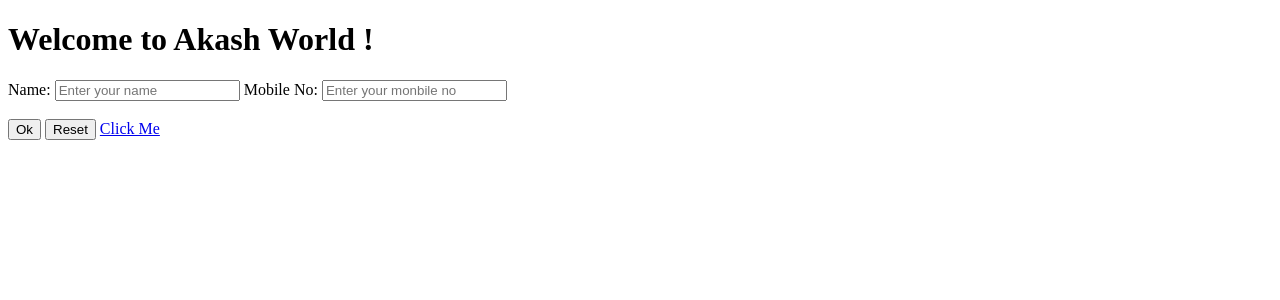
Repository: akki1071993/JavaServlet
Page: MyFirstServletApp/src/main/webapp/index.html
An editor plug-in stored every save of this project. The page is shown before and after the next save, followed by the edit.
The browser window is 1280 px wide. The pictures show the whole page.

Above is the page before, as saved 2022-06-14 08:24:13.

### MyFirstServletApp/src/main/webapp/index.html
<!DOCTYPE html>
<html>
<head>
<meta charset="ISO-8859-1">
<title>Welcome to Akash World</title>
</head>
<body>
<h1>Welcome to Akash World !</h1>

<label>Name: </label>
<input type="text" name="fname"  placeholder="Enter your name" />

<label>Mobile No: </label>
<input type="text" name="fname"  placeholder="Enter your monbile no" />
<br></br>
<button type="submit">Ok</button>
<button type="reset">Reset</button>

<a href="goGoa">Click Me</a>

</body>
</html>

After the next save:
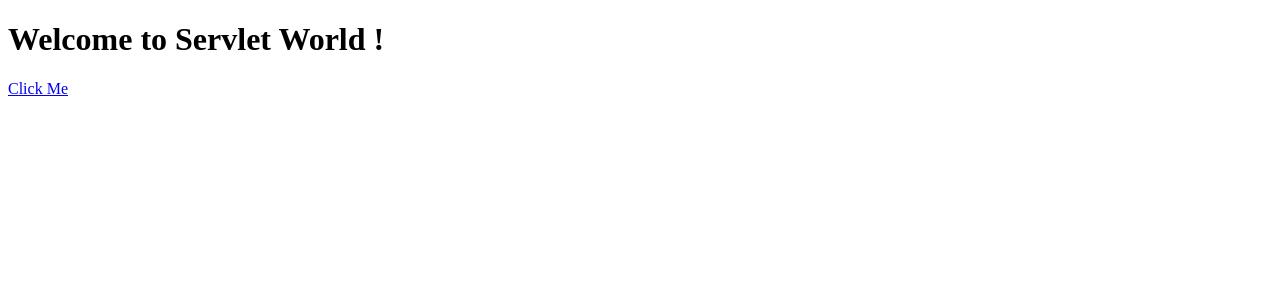
Saved 66 min 51 s later.
--- a/MyFirstServletApp/src/main/webapp/index.html
+++ b/MyFirstServletApp/src/main/webapp/index.html
@@ -5,16 +5,7 @@
 <title>Welcome to Akash World</title>
 </head>
 <body>
-<h1>Welcome to Akash World !</h1>
-
-<label>Name: </label>
-<input type="text" name="fname"  placeholder="Enter your name" />
-
-<label>Mobile No: </label>
-<input type="text" name="fname"  placeholder="Enter your monbile no" />
-<br></br>
-<button type="submit">Ok</button>
-<button type="reset">Reset</button>
+<h1>Welcome to Servlet World !</h1>
 
 <a href="goGoa">Click Me</a>
 
